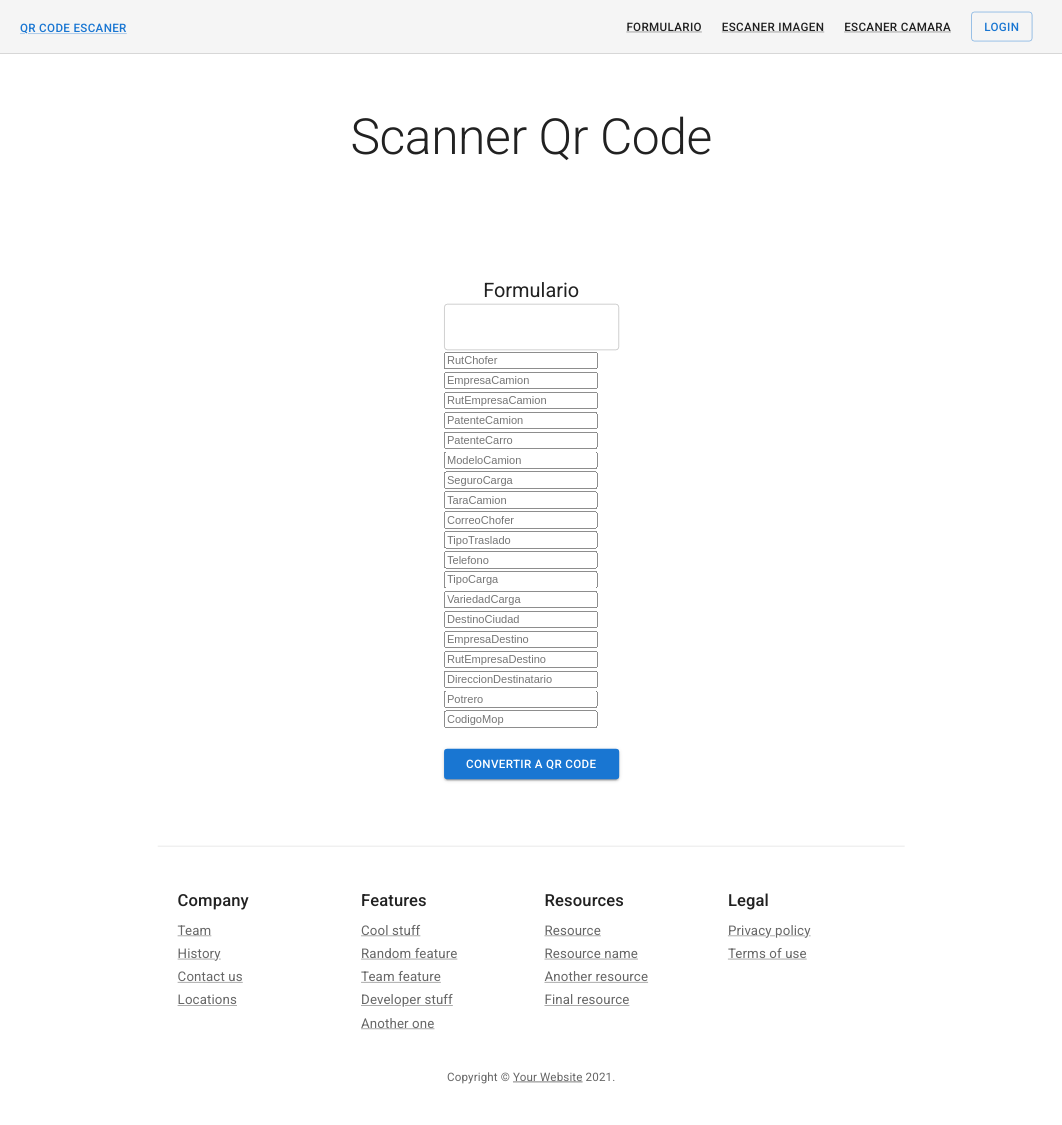
Repository: FlamesAlejandro/QrCodeForm
Page: /form
The author's editor kept a copy of each file at every save. The page is drawn from the files as they stood at one save, then again after a run of saves.
The browser window is 1280 px wide. The pictures show the whole page, at 83% of full size.
The project was rebuilt for these pictures with package versions that can differ from the ones it lists, and the page was loaded fresh each time. Also part of the build but not shown: src/App.css, src/components/pages/ImagenEscaner.js, src/components/pages/CamaraEscaner.js, src/components/pages/Home.js.

Above is the page before, as saved 2021-10-24 07:57:40.

After the next 2 saves:
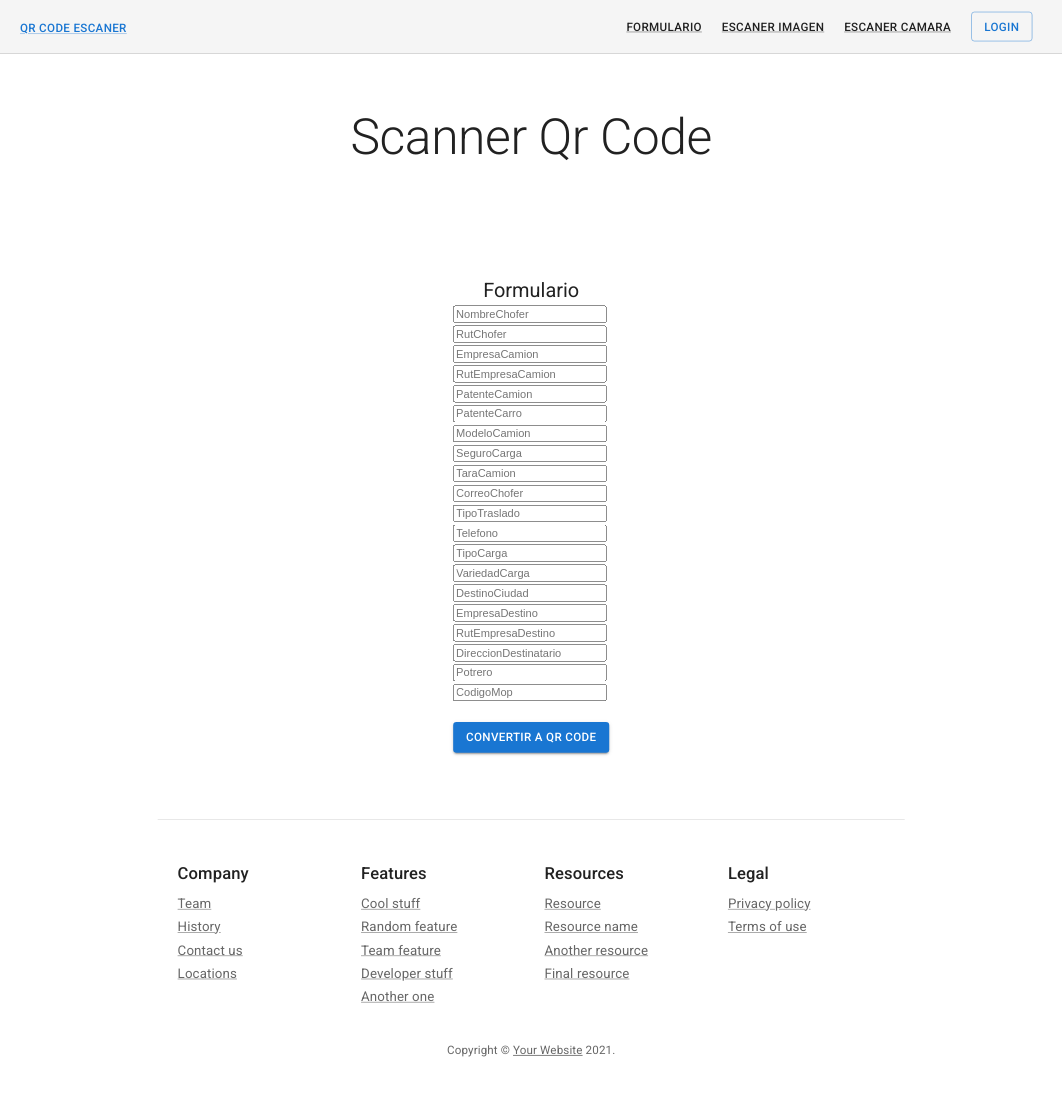
The 2 saves are shown as one change because they came seconds apart.
The last was saved 16 s later.
--- a/src/components/pages/Form.js
+++ b/src/components/pages/Form.js
@@ -47,9 +47,8 @@ export const Form = () => {
 
                 <form onSubmit={handleSubmit(onSubmit)}>
                 <Grid item xs={12} sm={6}>
-                    <TextField>
+
                         <input type="text" placeholder="NombreChofer" {...register("NombreChofer", {})} />
-                    </TextField>
                     </Grid>
                     <Grid item xs={12} sm={6}>
                         <input type="text" placeholder="RutChofer" {...register("RutChofer", {})} />
